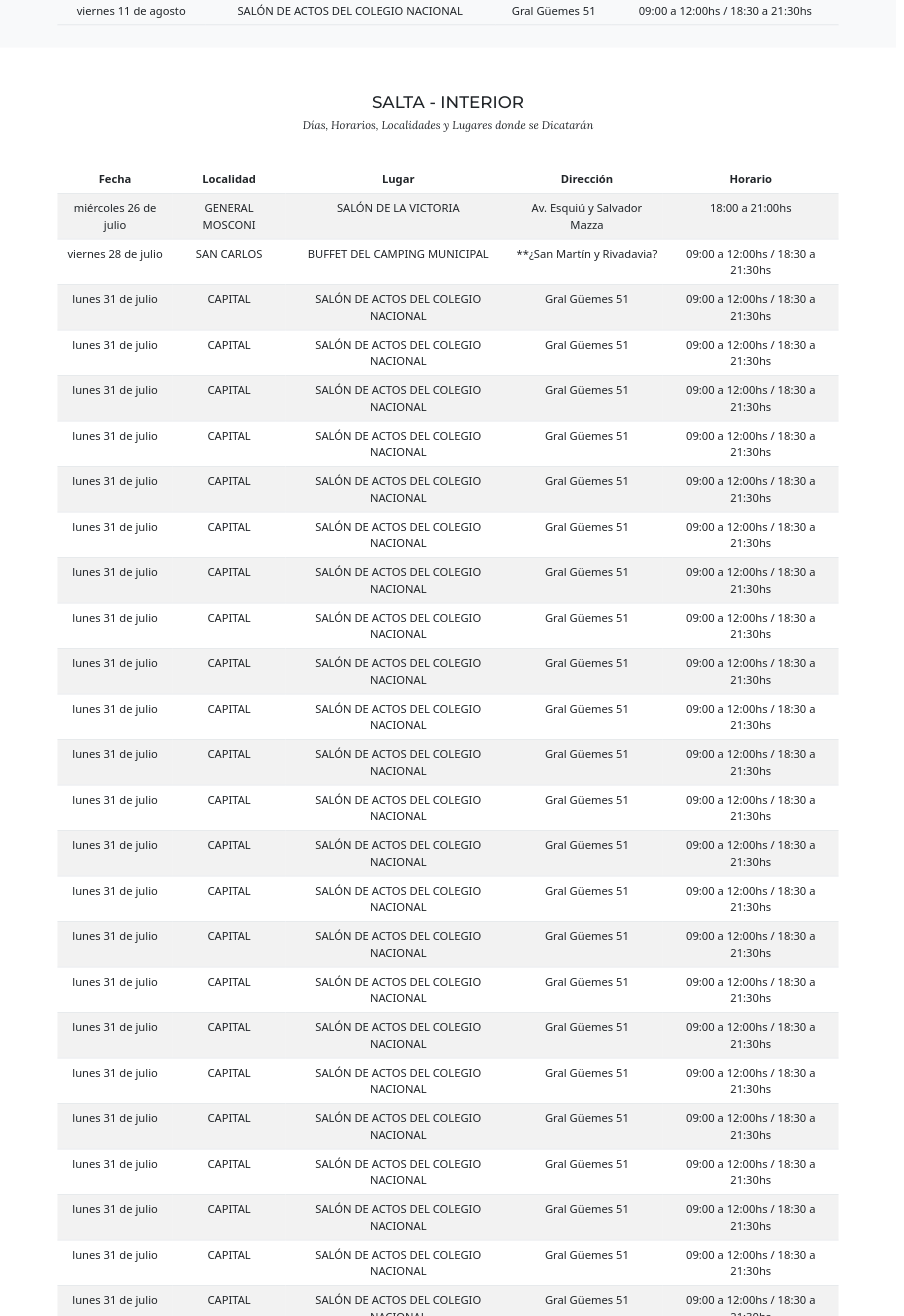
Repository: AlejandroJesusSerrano/capacitacion_electoral
Page: index.html
The author's editor kept a copy of each file at every save. The page is drawn from the files as they stood at one save, then again after the next save.
The browser window is 1280 px wide. The page is 1292 px wide, so the pictures cover 1292 px, including what lies to the right of the window. The pictures show the part of the page from y = 690 to 2570 px (the page is 2754 px tall before and 2706 px after), at 70% of full size.
Some web fonts or font styles are not loaded; a fallback is used.

Above is the page before, as saved 2023-07-16 13:12:10.

After the next save:
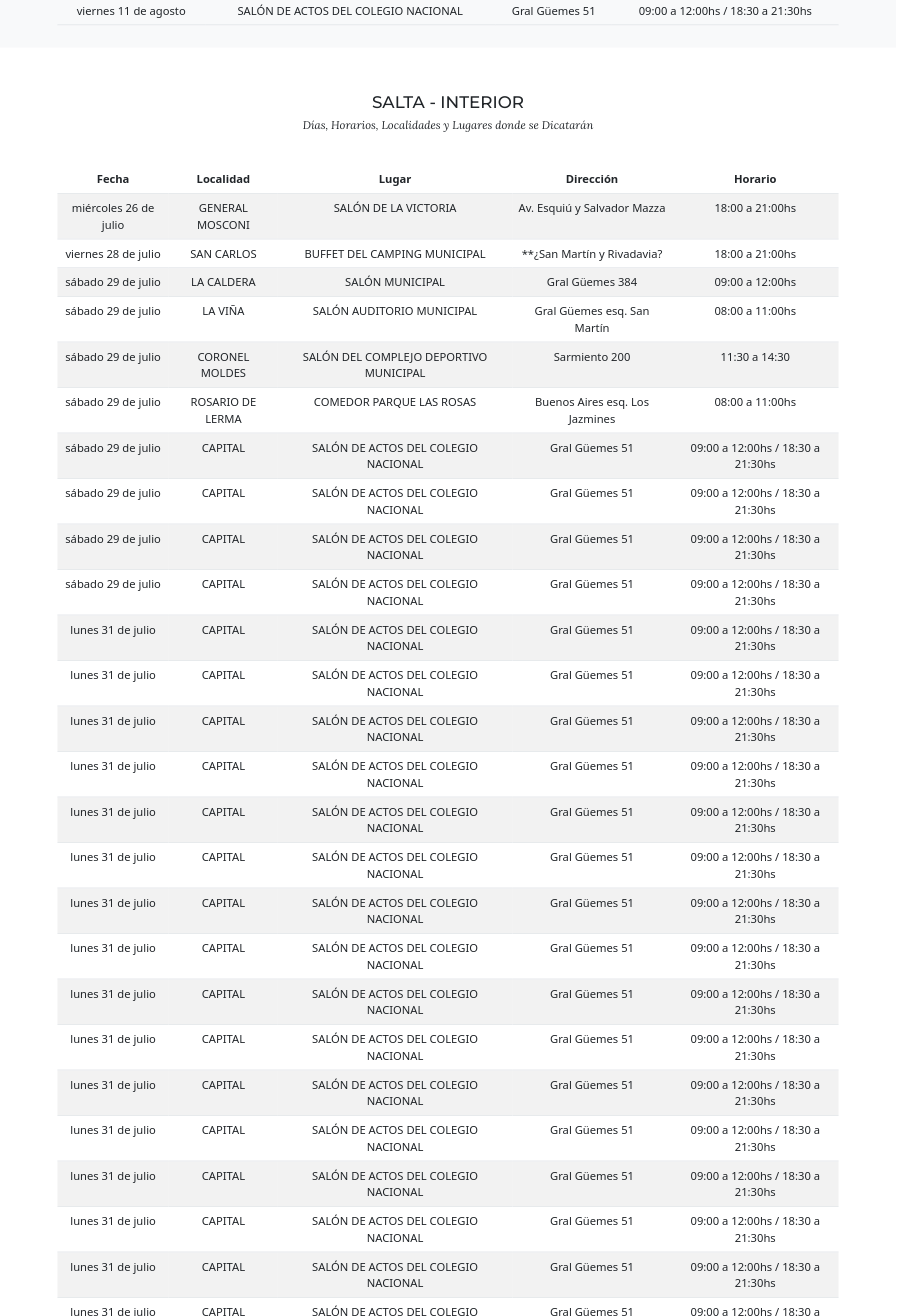
Saved 7 min 20 s later.
--- a/index.html
+++ b/index.html
@@ -118,67 +118,67 @@
                 <td>SAN CARLOS</td>
                 <td>BUFFET DEL CAMPING MUNICIPAL</td>
                 <td>**¿San Martín y Rivadavia?</td>
-                <td>09:00 a 12:00hs / 18:30 a 21:30hs</td>
-              </tr>
-
-              <tr>
-                <td>lunes 31 de julio</td>
-                <td>CAPITAL</td>
-                <td>SALÓN DE ACTOS DEL COLEGIO NACIONAL</td>
-                <td>Gral Güemes 51</td>
-                <td>09:00 a 12:00hs / 18:30 a 21:30hs</td>
-              </tr>
-
-              <tr>
-                <td>lunes 31 de julio</td>
-                <td>CAPITAL</td>
-                <td>SALÓN DE ACTOS DEL COLEGIO NACIONAL</td>
-                <td>Gral Güemes 51</td>
-                <td>09:00 a 12:00hs / 18:30 a 21:30hs</td>
-              </tr>
-
-              <tr>
-                <td>lunes 31 de julio</td>
-                <td>CAPITAL</td>
-                <td>SALÓN DE ACTOS DEL COLEGIO NACIONAL</td>
-                <td>Gral Güemes 51</td>
-                <td>09:00 a 12:00hs / 18:30 a 21:30hs</td>
-              </tr>
-
-              <tr>
-                <td>lunes 31 de julio</td>
-                <td>CAPITAL</td>
-                <td>SALÓN DE ACTOS DEL COLEGIO NACIONAL</td>
-                <td>Gral Güemes 51</td>
-                <td>09:00 a 12:00hs / 18:30 a 21:30hs</td>
-              </tr>
-
-              <tr>
-                <td>lunes 31 de julio</td>
-                <td>CAPITAL</td>
-                <td>SALÓN DE ACTOS DEL COLEGIO NACIONAL</td>
-                <td>Gral Güemes 51</td>
-                <td>09:00 a 12:00hs / 18:30 a 21:30hs</td>
-              </tr>
-
-              <tr>
-                <td>lunes 31 de julio</td>
-                <td>CAPITAL</td>
-                <td>SALÓN DE ACTOS DEL COLEGIO NACIONAL</td>
-                <td>Gral Güemes 51</td>
-                <td>09:00 a 12:00hs / 18:30 a 21:30hs</td>
-              </tr>
-
-              <tr>
-                <td>lunes 31 de julio</td>
-                <td>CAPITAL</td>
-                <td>SALÓN DE ACTOS DEL COLEGIO NACIONAL</td>
-                <td>Gral Güemes 51</td>
-                <td>09:00 a 12:00hs / 18:30 a 21:30hs</td>
-              </tr>
-
-              <tr>
-                <td>lunes 31 de julio</td>
+                <td>18:00 a 21:00hs</td>
+              </tr>
+
+              <tr>
+                <td>sábado 29 de julio</td>
+                <td>LA CALDERA</td>
+                <td>SALÓN MUNICIPAL</td>
+                <td>Gral Güemes 384</td>
+                <td>09:00 a 12:00hs</td>
+              </tr>
+
+              <tr>
+                <td>sábado 29 de julio</td>
+                <td>LA VIÑA</td>
+                <td>SALÓN AUDITORIO MUNICIPAL</td>
+                <td>Gral Güemes esq. San Martín</td>
+                <td>08:00 a 11:00hs</td>
+              </tr>
+
+              <tr>
+                <td>sábado 29 de julio</td>
+                <td>CORONEL MOLDES</td>
+                <td>SALÓN DEL COMPLEJO DEPORTIVO MUNICIPAL</td>
+                <td>Sarmiento 200</td>
+                <td>11:30 a 14:30</td>
+              </tr>
+
+              <tr>
+                <td>sábado 29 de julio</td>
+                <td>ROSARIO DE LERMA</td>
+                <td>COMEDOR PARQUE LAS ROSAS</td>
+                <td>Buenos Aires esq. Los Jazmines</td>
+                <td>08:00 a 11:00hs</td>
+              </tr>
+
+              <tr>
+                <td>sábado 29 de julio</td>
+                <td>CAPITAL</td>
+                <td>SALÓN DE ACTOS DEL COLEGIO NACIONAL</td>
+                <td>Gral Güemes 51</td>
+                <td>09:00 a 12:00hs / 18:30 a 21:30hs</td>
+              </tr>
+
+              <tr>
+                <td>sábado 29 de julio</td>
+                <td>CAPITAL</td>
+                <td>SALÓN DE ACTOS DEL COLEGIO NACIONAL</td>
+                <td>Gral Güemes 51</td>
+                <td>09:00 a 12:00hs / 18:30 a 21:30hs</td>
+              </tr>
+
+              <tr>
+                <td>sábado 29 de julio</td>
+                <td>CAPITAL</td>
+                <td>SALÓN DE ACTOS DEL COLEGIO NACIONAL</td>
+                <td>Gral Güemes 51</td>
+                <td>09:00 a 12:00hs / 18:30 a 21:30hs</td>
+              </tr>
+
+              <tr>
+                <td>sábado 29 de julio</td>
                 <td>CAPITAL</td>
                 <td>SALÓN DE ACTOS DEL COLEGIO NACIONAL</td>
                 <td>Gral Güemes 51</td>
